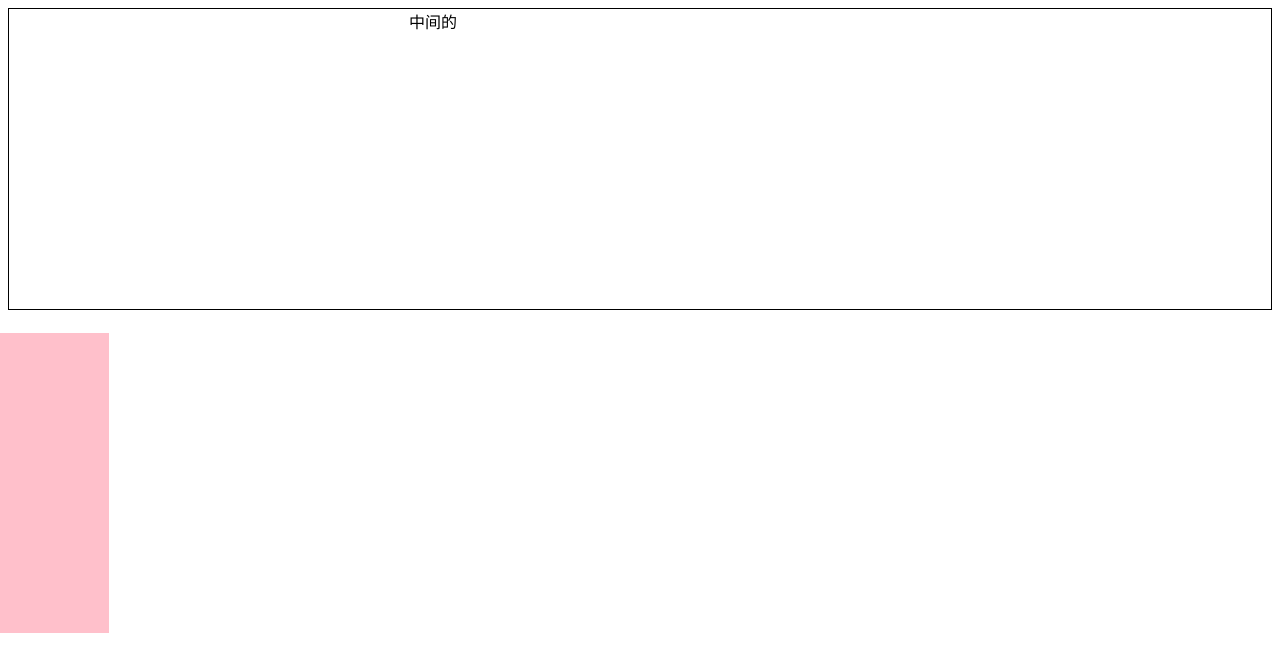
Repository: ljwrookie/Front-end-interview-handwritten-code
Page: 圣杯布局.html
These files come from the project's save history. The page is drawn as it stood at one moment and after the next save; the edit follows.
The browser window is 1280 px wide. The pictures show the whole page.

Above is the page before, as saved 2022-04-07 14:27:01.

### 圣杯布局.html
<!DOCTYPE html>
<html lang="en">
	<head>
		<meta charset="UTF-8" />
		<meta http-equiv="X-UA-Compatible" content="IE=edge" />
		<meta name="viewport" content="width=device-width, initial-scale=1.0" />
		<title>圣杯布局</title>
		<style>
			.inner_middle {
				margin: 0 300px;
			}
			.container {
				border: 1px solid black;
				height: 300px;
				padding: 0 100px;
			}
			.left {
				background: pink;
				width: 300px;
				height: 300px;
				margin-left: -100%;
			}

			.right {
				background: pink;
				width: 300px;
				height: 300px;
				margin-left: -300px; //300px为右盒子的宽度
			}
		</style>
	</head>
	<body>
		<div class="container">
			<div class="middle">
				<div class="inner_middle">中间的</div>
			</div>
			<div class="left">左边的</div>
			<div class="right">右边的</div>
		</div>
	</body>
</html>

After the next save:
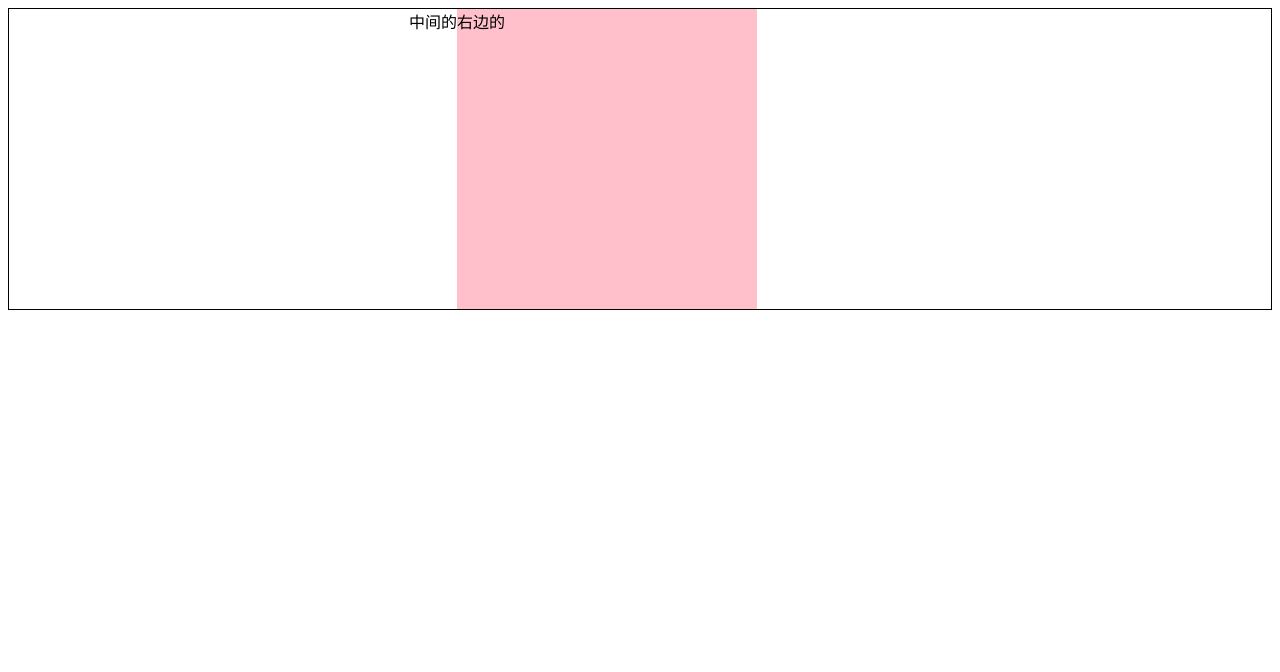
Saved 7 s later.
--- a/圣杯布局.html
+++ b/圣杯布局.html
@@ -6,6 +6,11 @@
 		<meta name="viewport" content="width=device-width, initial-scale=1.0" />
 		<title>圣杯布局</title>
 		<style>
+			.middle,
+			.left,
+			.right {
+				float: left;
+			}
 			.inner_middle {
 				margin: 0 300px;
 			}
